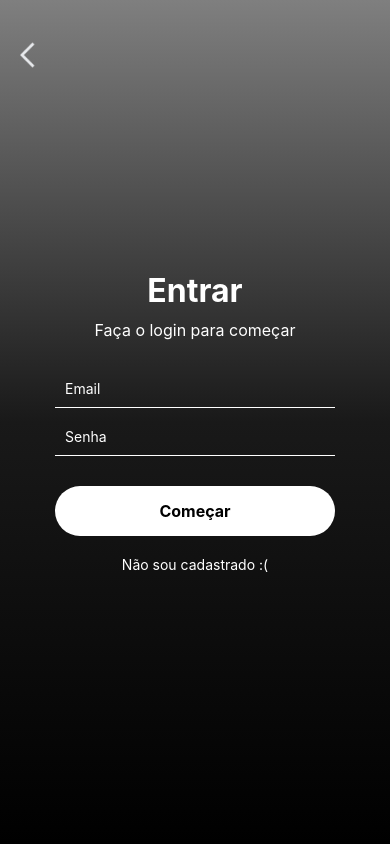
Repository: Matheus904-12/Notifire
Screen: /Auth (app in notiFire/)
The author's editor kept a copy of each file at every save. The screen is drawn from the files as they stood at one save, then again after the next save.
The app was drawn by React Native's web renderer in a window 390 px wide. The project was rebuilt for these pictures with package versions that can differ from the ones it lists, and the page was loaded fresh each time. Also part of the build but not shown: notiFire/screens/SendMessageScreen.js, notiFire/screens/ConfirmationScreen.js, notiFire/screens/CadastroScreen.js.

Above is the screen before, as saved 2024-07-29 19:45:22.

After the next save:
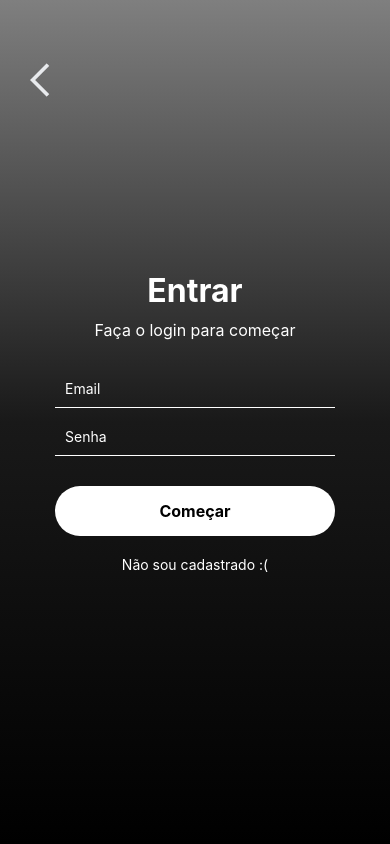
Saved 16 s later.
--- a/notiFire/screens/AuthScreen.js
+++ b/notiFire/screens/AuthScreen.js
@@ -62,12 +62,12 @@ const styles = StyleSheet.create({
   },
   backButton: {
     position: 'absolute',
-    top: 40,
-    left: 20,
+    top: 60,
+    left: 30,
   },
   backButtonImage: {
-    width: 30,
-    height: 30,
+    width: 40,
+    height: 40,
   },
   title: {
     fontSize: 32,
